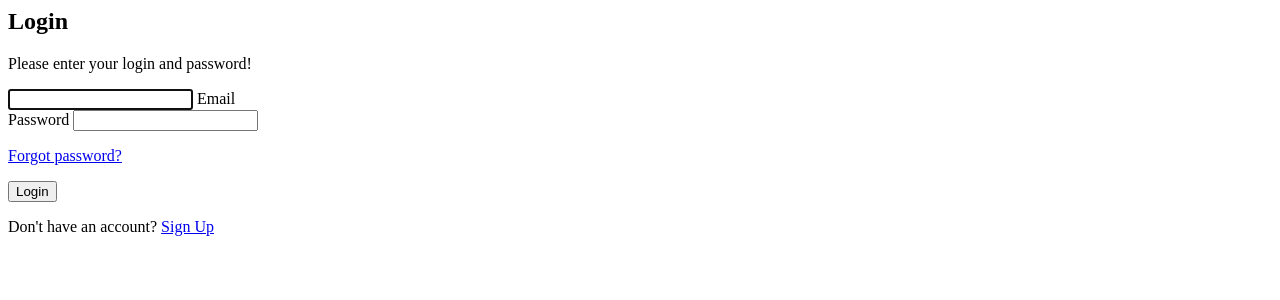
Repository: Cwills21/Aiti-dbc26.1-group-2
Page: http://localhost/login
An editor plug-in stored every save of this project. The page is shown before and after the next save, followed by the edit.
The browser window is 1280 px wide. The pictures show the whole page.
The page is served by the project's Laravel application, run on PHP 8.4 with Laravel 8.

Above is the page before, as saved 2022-03-17 21:09:32.

After the next save:
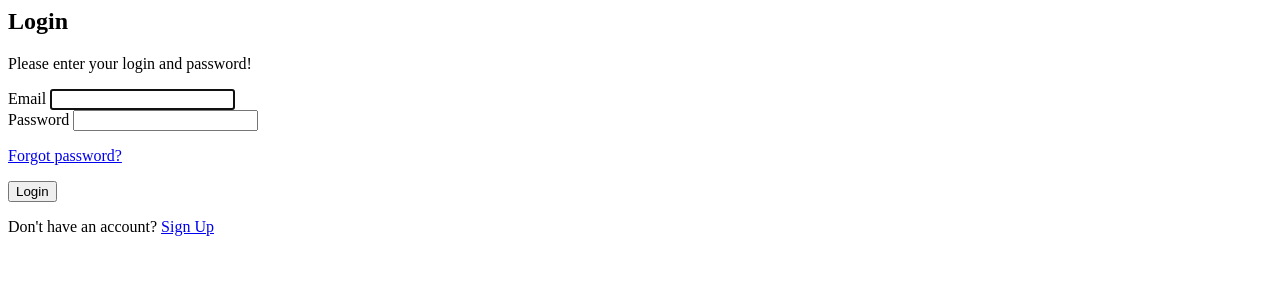
Saved 102 s later.
--- a/resources/views/auth/login.blade.php
+++ b/resources/views/auth/login.blade.php
@@ -12,16 +12,15 @@
               <form method="POST" action="{{ route('login') }}">
                   @csrf
               <div class="form-outline form-white mb-4">
+              <label class="form-label" for="typeEmailX">Email</label>
               <input id="email"  class="form-control form-control-lg" type="email" name="email" :value="old('email')" required autofocus />
-                <label class="form-label" for="typeEmailX">Email</label>
               </div>
 
               <div class="form-outline form-white mb-4">
               <label class="form-label" for="typePasswordX">Password</label>
               <input id="password" class="form-control form-control-lg" type="password" name="password" required autocomplete="current-password" />
+              </div>
 
-              </div>
-              </form>
               <p class="small mb-5 pb-lg-2"><a class="text-white-50" href="#!">Forgot password?</a></p>
 
               <button class="btn btn-outline-light btn-lg px-5" type="submit">Login</button>
@@ -31,7 +30,7 @@
                 <a href="#!" class="text-white"><i class="fab fa-twitter fa-lg mx-4 px-2"></i></a>
                 <a href="#!" class="text-white"><i class="fab fa-google fa-lg"></i></a>
               </div>
-
+              </form>
             </div>
 
             <div>
